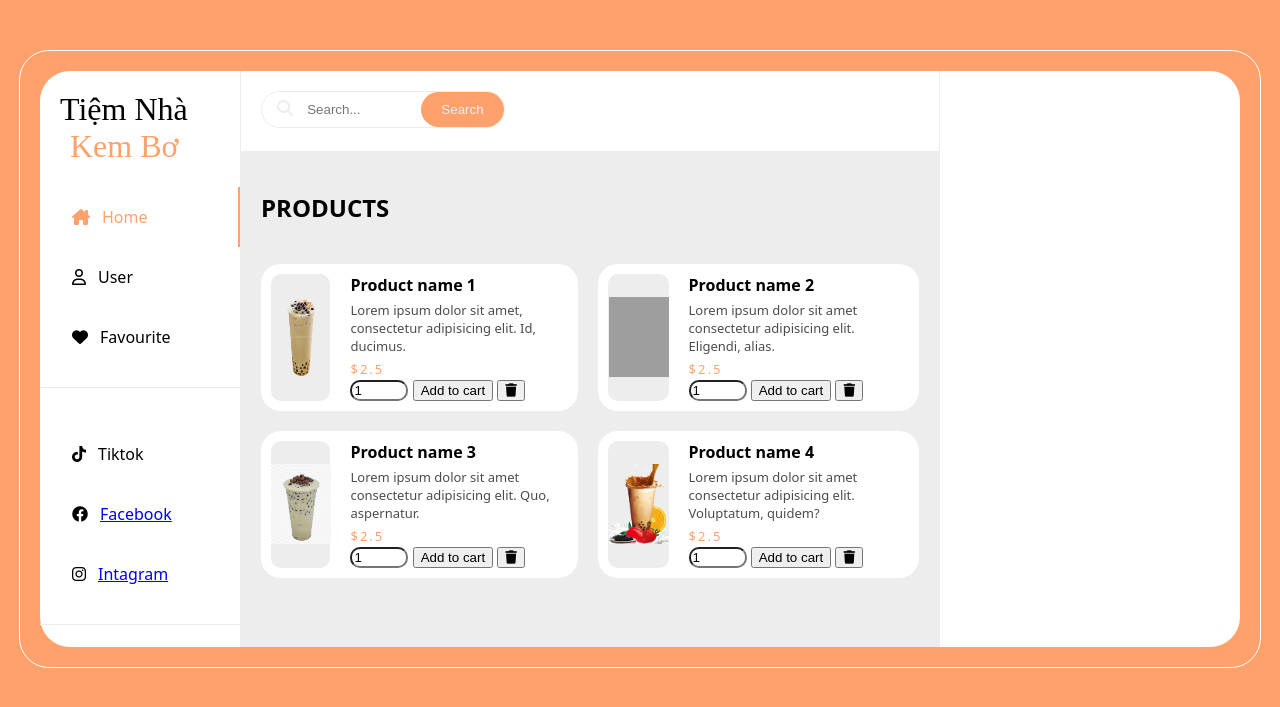
Repository: hnguyeng/tiemnhabo
Page: index.html
An editor plug-in stored every save of this project. The page is shown before and after the next save, followed by the edit.
The browser window is 1280 px wide. The pictures show the whole page.
Pictures or frames that could not be fetched are drawn as grey boxes.

Above is the page before, as saved 2022-12-13 16:17:00.

After the next save:
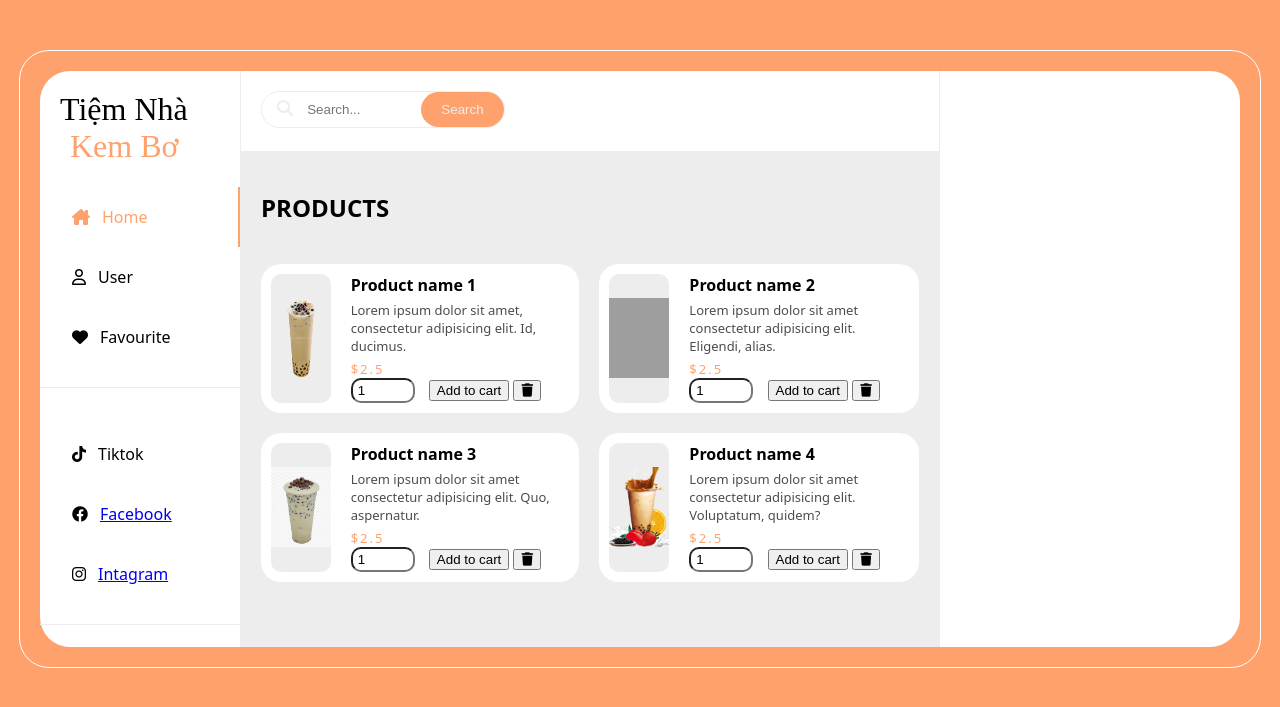
Saved 34 s later.
--- a/style.css
+++ b/style.css
@@ -141,6 +141,7 @@
 .item .count{
    width: 50px;
    border-radius: 10px;
-   /* margin-right: 10px; */
+   margin-right: 10px;
+   padding: 3px 5px;
 }
  /* end center */
